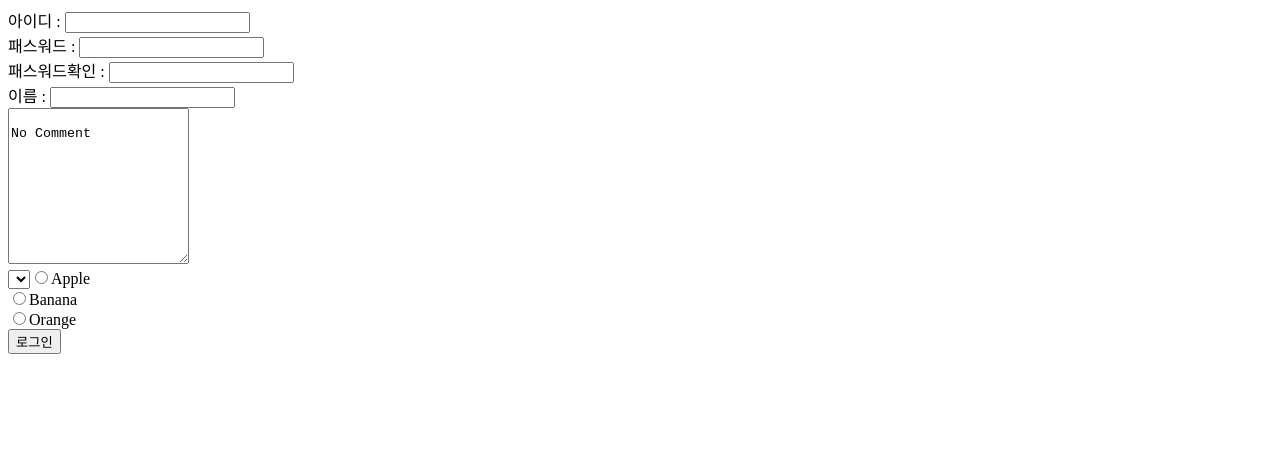
Repository: JeongYT/JSP
Page: jspproject/src/main/webapp/login.html
These files come from the project's save history. The page is drawn as it stood at one moment and after the next save; the edit follows.
The browser window is 1280 px wide. The pictures show the whole page.

Above is the page before, as saved 2023-07-06 07:40:08.

After the next save:
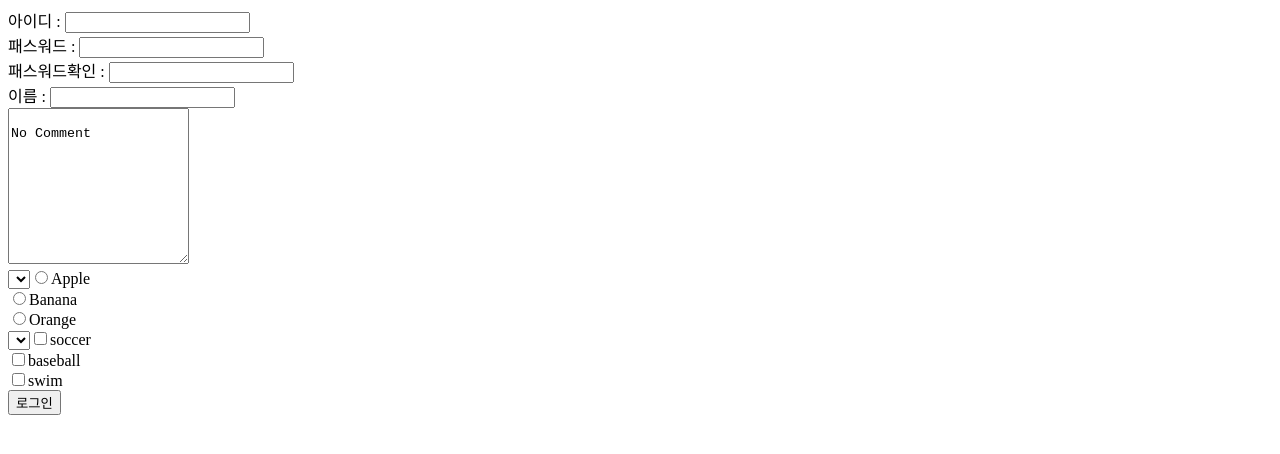
Saved 105 s later.
--- a/jspproject/src/main/webapp/login.html
+++ b/jspproject/src/main/webapp/login.html
@@ -18,6 +18,11 @@
 			<input type="radio" name="fruit" value="banana">Banana<br>
 			<input type="radio" name="fruit" value="orange">Orange<br>
 		</select>
+		<select>
+			<input type="checkbox" name="hobby" value="soccer">soccer<br>
+			<input type="checkbox" name="hobby" value="baseball">baseball<br>
+			<input type="checkbox" name="hobby" value="swim">swim<br>
+		</select>
 		<input type="submit" value="로그인">
 	</form>
 </body>
